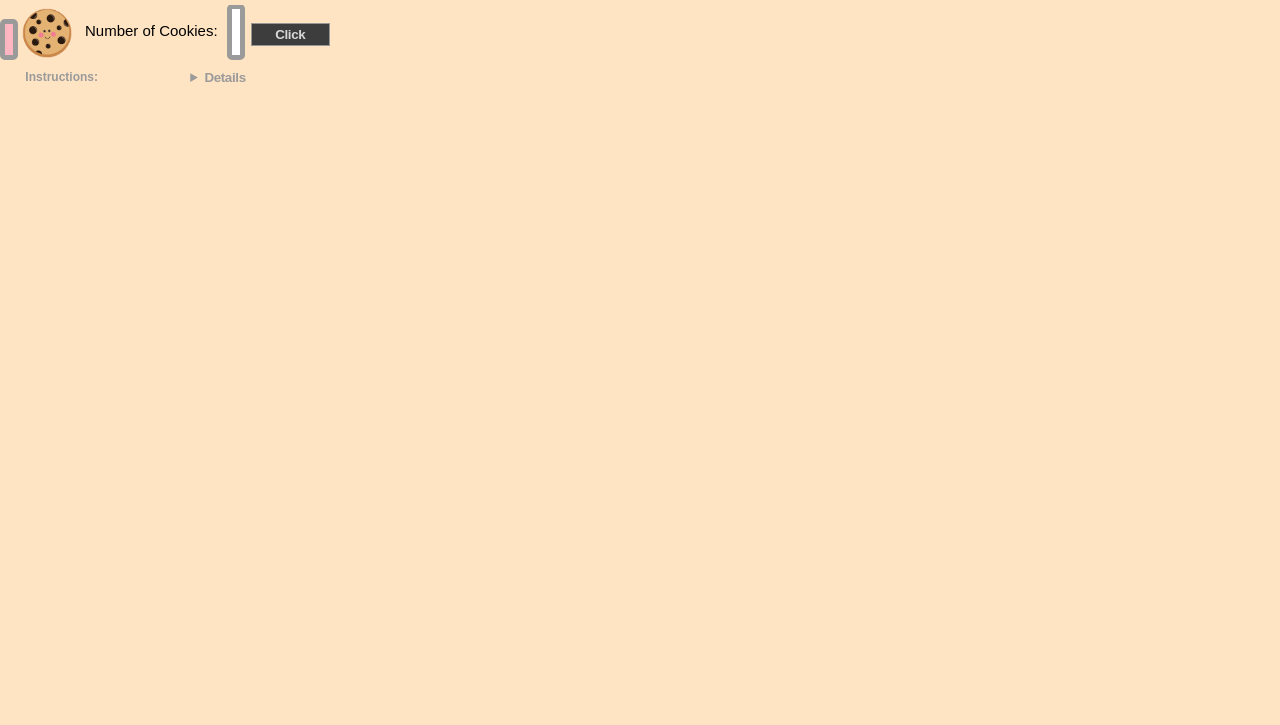
Repository: f00d4tehg0dz/elgato-streamdeck-cookie-clicker
Page: com.f00d4tehg0dz.cookieclicker.sdPlugin/cookieclicker.html
The author's editor kept a copy of each file at every save. The page is drawn from the files as they stood at one save, then again after the next save.
The browser window is 1280 px wide. The pictures show the whole page.

Above is the page before, as saved 2022-01-28 12:05:39.

After the next save:
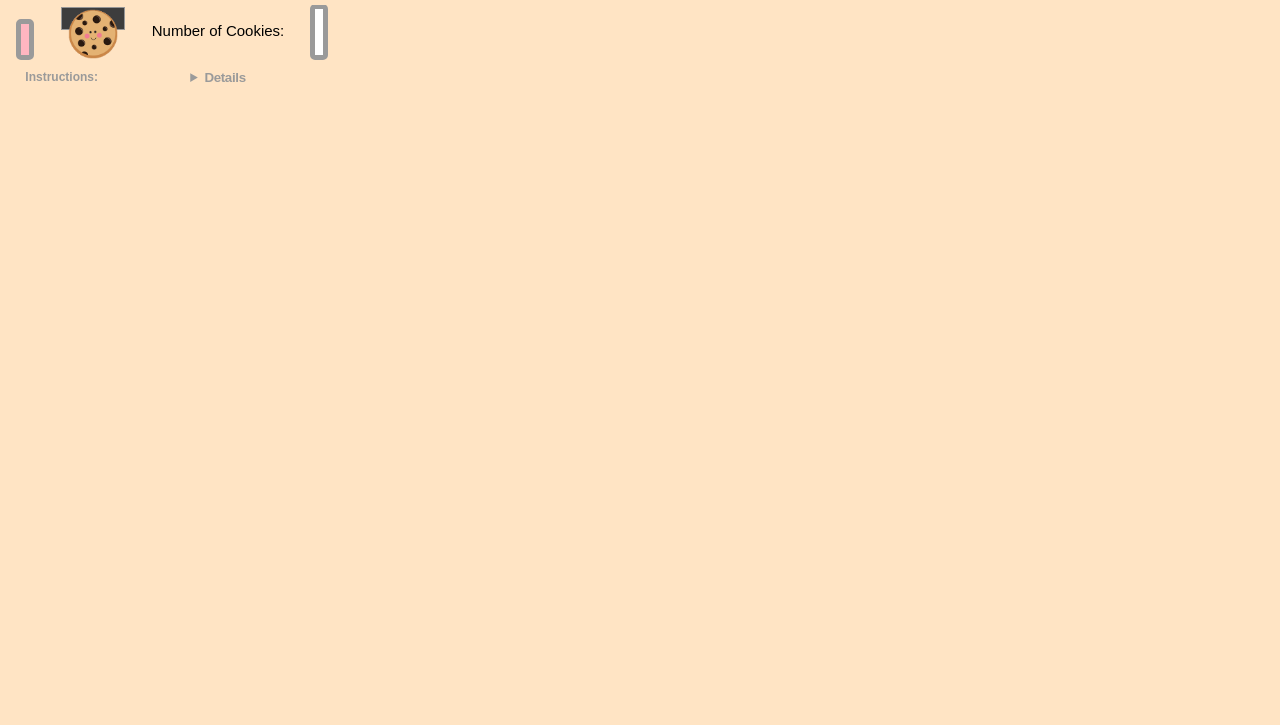
Saved 21 s later.
--- a/com.f00d4tehg0dz.cookieclicker.sdPlugin/cookieclicker.html
+++ b/com.f00d4tehg0dz.cookieclicker.sdPlugin/cookieclicker.html
@@ -16,12 +16,13 @@
     <div class="sdpi-item">
         <div id="cookieTitle"></div>
         <div id="cookie" onclick="cookieClick()">
-            <img src="icon-animate.gif" width="50px"/>
+            <button class="sdpi-item-value" id="updateButton"><img src="icon-animate.gif" width="50px"/></button>
+
         </div>
     <br></br>
         <p>Number of Cookies:</p>
         <div id="cookieNumbers"></div>
-        <button class="sdpi-item-value" id="updateButton">Click</button>
+
     </div>
     <div class="sdpi-item">
         <div class="sdpi-item-label">Instructions</div>
